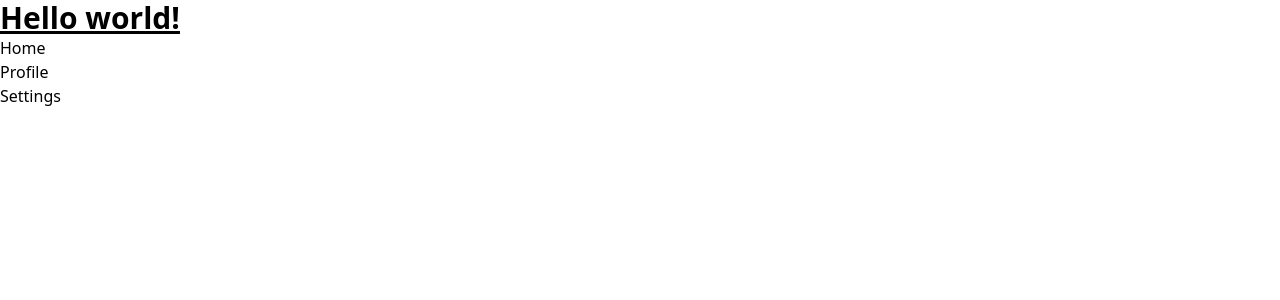
Repository: Yh010/dukaanDashboard
Page: /
These files come from the project's save history. The page is drawn as it stood at one moment and after the next save; the edit follows.
The browser window is 1280 px wide. The pictures show the whole page.
The project was rebuilt for these pictures with package versions that can differ from the ones it lists, and the page was loaded fresh each time. Also part of the build but not shown: vite.config.js, src/App.css.

Above is the page before, as saved 2024-01-21 11:02:54.

After the next save:
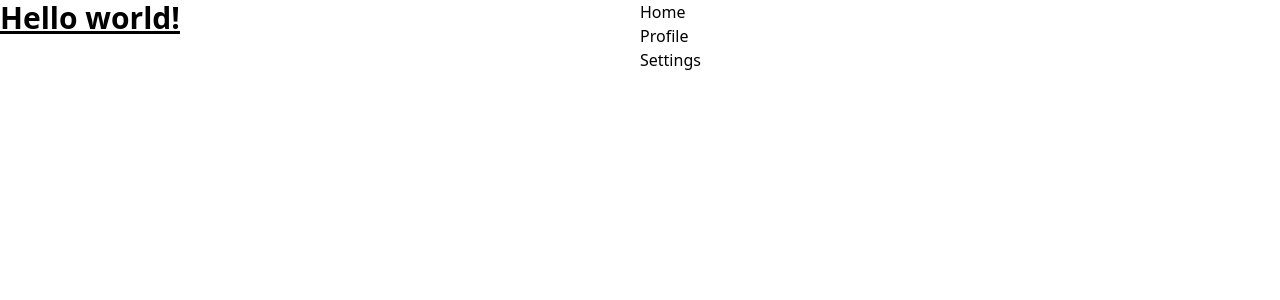
Saved 42 s later.
--- a/src/App.jsx
+++ b/src/App.jsx
@@ -8,7 +8,7 @@ function App() {
 /*   const [count, setCount] = useState(0) */
 
   return (
-    <div>
+    <div className='grid grid-cols-2'>
         <h1 className="text-3xl font-bold underline">
             Hello world!
         </h1>
